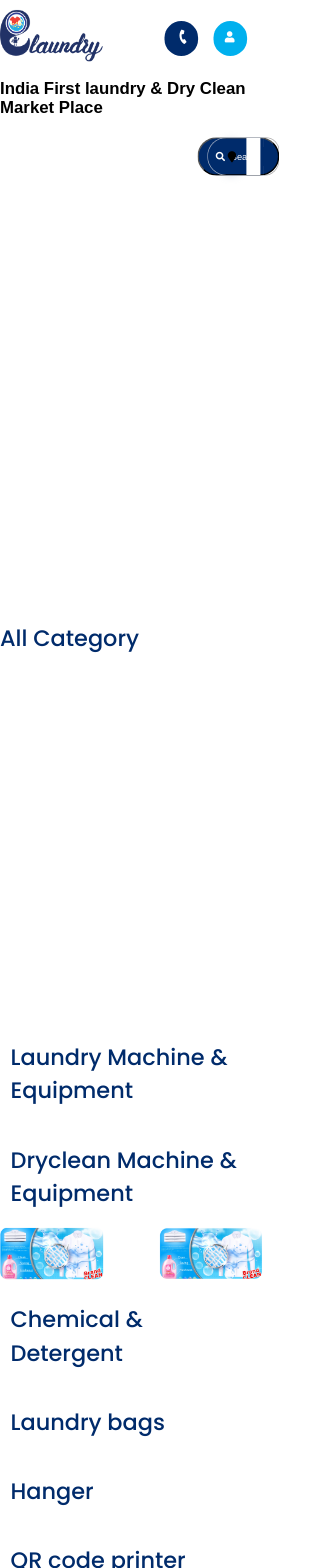
Repository: anamikatomar21/omramartnew
Page: /
An editor plug-in stored every save of this project. The page is shown before and after the next save, followed by the edit.
The browser window is 375 px wide. The page is 442 px wide, so the pictures cover 442 px, including what lies to the right of the window. The pictures show the part of the page from y = 0 to 2240 px (the page is 5661 px tall), at 70% of full size.
The page's requests for data from a server got no answer. The project was rebuilt for these pictures with package versions that can differ from the ones it lists, and the page was loaded fresh each time. Some packages were replaced by stand-ins written for this rebuild. The framework's server and built-in components were replaced by stand-ins that run in the browser. No one was signed in, and anything a server would have sent is missing. Also part of the build but not shown: next.config.js, styles/Merchant/smallbanner.module.scss, styles/Merchant/layout.module.scss.

Above is the page before, as saved 2022-07-21 17:25:07.

### pages/_app.tsx
import "../styles/globals.scss";

import { useEffect } from "react";

import type { AppProps } from "next/app";
import { QueryClient, QueryClientProvider } from "react-query";
import { ReactQueryDevtools } from "react-query/devtools";
import { Provider } from "react-redux";
import { PersistGate } from "redux-persist/integration/react";

import axios from "../networkAPI/axios";
import { persistor, store } from "../redux/store";

function MyApp({ Component, pageProps }: AppProps) {
  const queryClient = new QueryClient({
    defaultOptions: {
      queries: {
        staleTime: Infinity,
        refetchOnReconnect: true,
      },
    },
  });

  useEffect(() => {


    axios.interceptors.request.use((config: any) => {
      const token=localStorage.getItem("token")
      console.log("Token",token)
      config.headers.Authorization = `Bearer ${token}`;
      return config;
    });
  }, []);

  // console.log({store:store.getState()});

  return (
    <Provider store={store}>
      <PersistGate persistor={persistor}>
        <QueryClientProvider client={queryClient}>
          <Component {...pageProps} />

          <ReactQueryDevtools initialIsOpen={false} />
        </QueryClientProvider>
      </PersistGate>
    </Provider>
  );
}

export default MyApp;

// export default MyApp

// function MyApp({ Component, pageProps }: AppProps) {
//   return (
//     <DashboardLayout>
//       <Component {...pageProps} />
//     </DashboardLayout>
//   );
// }

// export default MyApp;

### networkAPI/axios.ts
import axios from 'axios';

import { store } from '../redux/store';

const axiosInstance = axios.create({
  baseURL: "/",
  headers: {
    "Content-type": "application/json",
    "Accept": "application/json",

  },
  withCredentials:true
//  withCredentials:true
});

axiosInstance.interceptors.request.use(
  (config:any) => {
    const state = store.getState();
    const token = state?.user?.token;
    config.headers.Authorization = `Bearer ${token}`;
    return config;
  }
, (error:any) => {
  return Promise.reject(error);
}
);


export default axiosInstance;

### redux/store.ts
import {
  FLUSH,
  PAUSE,
  PERSIST,
  persistReducer,
  persistStore,
  PURGE,
  REGISTER,
  REHYDRATE,
} from 'redux-persist';
import storage from 'redux-persist/lib/storage';

import {
  combineReducers,
  configureStore,
} from '@reduxjs/toolkit';

import { authReducer } from './reducers/auth';

//persist redux store
const persistConfig = {
  key: "root",
  storage: storage,
  rehydrate: true,
};

const rootReducer = combineReducers({
  user: persistReducer(persistConfig, authReducer),
});

// creating store
export const store = configureStore({
  reducer: rootReducer,
  devTools: process.env.NODE_ENV !== "production",
  middleware: (getDefaultMiddleware) =>
    getDefaultMiddleware({
      serializableCheck: {
        ignoredActions: [FLUSH, REHYDRATE, PAUSE, PERSIST, PURGE, REGISTER],
      },
    }),
});

export const persistor = persistStore(store);

export type RootState = ReturnType<typeof store.getState>;
export type AppDispatch = typeof store.dispatch;

### components/Category/index.tsx
import React from "react";

import { useGetHomeCategory, usePublicProduct } from "../../networkAPI/queries";
import styles from "../../styles/Merchant/view.module.scss";

function Category() {
  const { data, status } = usePublicProduct();
  const data2 = useGetHomeCategory();
  const category_data = data2.data;
  console.log(data2.data);
  console.log(data);
  return (

    <div className="containerr3">
      <h1 className={styles.heading_section}>All Category</h1>
      <div>
        <div key={"index"} style={{ display: "flex" }}>
          <div className={styles.Flex_Section}>
            {category_data?.data.map((item3: any, index: any) => {
              console.log(item3);

              return (
                <div key={index}>
                  <div
                    className={styles.img_box}
                    style={{
                      backgroundImage: `url(${item3.category_image[0]})`,
                    }}
                  >
                    {item3.category_name}
                  </div>
                </div>
              );
            })}
          </div>
        </div>
      </div>
    </div>
  );
}

export default Category;

### components/CompanyDescription/index.tsx
import { useEffect, useState } from "react";

import type { NextPage } from "next";
import Head from "next/head";
import Router, { useRouter } from "next/router";
import toast, { Toaster } from "react-hot-toast";
import Image from "next/image";


import styles from "../../styles/Merchant/companydescription.module.scss";

const CompanyDescription: NextPage = () => {
  return (


    <div className={styles.Flex_Section}>
    <div>
      <h3>  Lorem ipsum dolor sit amet consectetur </h3>
      <p>
        Lorem ipsum dolor sit amet consectetur adipisicing elit. Veritatis
        praesentium dolores, accusamus laborum error perspiciatis iure
        pariatur expedita sequi odit minus architecto ducimus quod voluptate
        dignissimos optio quia dolorem numquam!Lorem Lorem ipsum dolor sit
        amet consectetur adipisicing elit.
      </p>

    </div>
    <div>
    <h3>  Lorem ipsum dolor sit amet consectetur </h3>
      <p>
        Lorem ipsum dolor sit amet consectetur adipisicing elit. Veritatis
        praesentium dolores, accusamus laborum error perspiciatis iure
        pariatur expedita sequi odit minus architecto ducimus quod voluptate
        dignissimos optio quia dolorem numquam!Lorem Lorem ipsum dolor sit
        amet consectetur adipisicing elit.
      </p>


    </div>
  </div>
  );
};

export default CompanyDescription;

### components/SliderBox/index.tsx
import {

    useEffect,

    useState,

} from 'react';
import styles from '../../styles/Merchant/sliderbox.module.scss';
import Image from 'next/image';

import type { NextPage } from 'next';

import { useRouter } from 'next/router';


import Link from 'next/link';







import React, { Component } from 'react';



const SliderBox: NextPage = () => {


    return (
<div className={styles.Flex_Section}>
<div>
    <Image
    src="/omratrade/sliderbanner.png"
    width={700} height={350} alt="facemask"
    className="facemask"
  />
  </div>
  <div>
  <Image
  src="/omratrade/sliderbanner2.png"
  width={700} height={350} alt="facemask"
  className="facemask"
/>
</div>
</div>
    )

};



export default SliderBox;

### components/SmallBanner/index.tsx
import type { NextPage } from 'next';
import Image from 'next/image';

import { useGetBanner } from '../../networkAPI/queries';
import styles from '../../styles/Merchant/smallbanner.module.scss';

const SmallBanner: NextPage = () => {
  const bannerData = useGetBanner().data?.data;
  console.log(bannerData);
  return (
    <div>
    {bannerData?.map((item:any,index:any) => {
      return(
    <div className={styles.Flex_Section} key={index}>
      <div>
        <Image
          src={item.banner_image1[0]}
          width={450}
          height={200}
          alt="sliderbanner"
          className="facemask"
        />
      </div>
      <div>
        <Image
          src={item.banner_image2[0]}
          width={450}
          height={200}
          alt="sliderbanner"
          className="facemask"
        />
      </div>
      <div>
        <Image
          src={item.banner_image3[0]}
          width={450}
          height={200}
          alt="sliderbanner"
          className="facemask"
        />
      </div>
      </div>
      )
    })}
    </div>
    /* <div className={styles.Flex_Section}>
<div className={styles.smallbanner1}>Chemical & Detergent</div>
<div className={styles.smallbanner2}>Chemical & Detergent</div>
<div className={styles.smallbanner3}>Chemical & Detergent</div>
</div> */
  );
};

export default SmallBanner;

### components/User/Layout.tsx
// import React from 'react';

// import styles from '../../styles/Merchant/layout.module.scss';
// import Header from './Header';

// // }
// type DashboardLayoutProps = {
//   children: React.ReactNode,
// };

// export default function UserLayout({ children }: DashboardLayoutProps) {
//   return (
//    <div className={styles.mmainlayout}>
//       <Header />
//       <div className={styles.mainlayout}>

//       {/* <MerchantSidebar /> */}
//         <main>{children}</main>
//       </div>

//       {/* <Footer /> */}
//       </div>

//   );
// }

import React from 'react';

import styles from '../../styles/Merchant/layout.module.scss';
import Header from './Header';

// }
type DashboardLayoutProps = {
  children: React.ReactNode,
};

export default function UserLayout({ children }: DashboardLayoutProps) {
  return (
   <div className={styles.mmainlayout}>
      <Header />
      <div className={styles.mainlayout}>

      {/* <MerchantSidebar /> */}
        <main>{children}</main>
      </div>

      {/* <Footer /> */}
      </div>

  );
}

### styles/Merchant/productcard.module.scss



.container {
    display: flex;
    margin-top:40px;
    margin-top: 52px;
    height: 415px;
    margin-bottom: 36px;
}


  /* PRODUCT CARD */

  .productcard {
    background-color: #f5f6fa;
    border-radius: 10px;
    color: #2f3640;
    margin: 0 2em;
    transition: all linear .2s;
    width: 250px;
    display: flex;
    flex-direction: column;
    justify-content: space-between;
  }

  .productcard:hover,
  .productcard:active {
    box-shadow: .2em .5em .5em rgba(0, 0, 0, 0.4);
    transform: scale(1.1);
  }

  .productimg {
    border-radius: 10px 10px 0px 0px;
    height: 150px;
    max-width: 100%;
  }

  .imgone {
    background-image: url(https://thumbs.dreamstime.com/b/concept-agile-software-development-concept-agile-software-development-107923572.jpg);
    border-radius: 10px 10px 0px 0px;}

  .imgtwo {
    background-image: url(https://www.dahu.bio/images/photos/agriculture/organic-product.jpg);
    border-radius: 10px 10px 0px 0px; }

  .imgthree {
    background-image: url(https://youngwonks.s3.amazonaws.com/Blogs/cabinet);
    border-radius: 10px 10px 0px 0px;}

  .imgone,
  .imgtwo,
  .imgthree {
    background-size: cover;
    background-position: center;
  }

  .producttext {
    padding: 1em;
    text-align: center;
  }

  .productcart button{
    border: 0;
    border-radius: 0 0 10px 10px;
    color: #f5f6fa;
    cursor: pointer;
    font-family: inherit;
    padding: 1em;
    text-transform: uppercase;
    transition: all linear .3s;
    width: 100%;
  }

  .productcart button:hover {
    font-weight: 500;
    letter-spacing: .1em;
  }

  /* color */
  .productcard h3 {
    color: #002b6b;
  }

  .productcard  button {
    background-color: #002b6b;
  }

  .productdiv{
    // margin-bottom: 70px;

  // background: #F5F5F5;
  padding-bottom: 40px;
  // margin-top:80px;
  padding:4px 15px;
}

  /* media queries */
  @media screen and (max-width: 860px) {
    .container {
      display: grid;
      grid-column-templates: 1fr;
      grid-auto-rows: auto;
    }

    .productcard {
      margin: 1.5em;
    }
  }

  .container_width {
    max-width: 1550px;
    margin: 0px auto;
  }

### redux/reducers/auth.ts
import {
  LOGIN_STATE_FAILURE,
  LOGIN_STATE_REQUEST,
  LOGIN_STATE_SUCCESS,
  LOGOUT_SUCCESS,
  SET_SIGNUP_FAILURE,
  SET_SIGNUP_REQUEST,
  SET_SIGNUP_SUCCESS,
} from '../constants/auth';

interface ILoginState {
    loading: boolean;
    error: string | null;
    user: any | {};
    token: string | null;
    isAuthenticated: boolean;
}

const initialState = <ILoginState>{
    loading: false,
    error: null,
    user: {},
    token: null,
    isAuthenticated: false,
  };

  export const authReducer = (state = initialState, action:any) => {
    switch (action.type) {
        case LOGIN_STATE_REQUEST:
            return {
                ...state,
                loading: true,
                error: null,
                isAuthenticated: false,
            };
        case LOGIN_STATE_SUCCESS:
            return {
                ...state,
                loading: false,
                user: action.payload.user.user,
                token: action.payload.token,
                isAuthenticated: true,
            };
        case LOGIN_STATE_FAILURE:
            return {
                ...state,
                loading: false,
                error: action.payload,
            };
        case LOGOUT_SUCCESS:
            return {
                ...state,
                user: {},
                token: null,
                isAuthenticated: false,
            };
        case SET_SIGNUP_REQUEST:
            return {
                ...state,
                loading: true,
                error: null,
                isAuthenticated: false,
            };
        case SET_SIGNUP_SUCCESS:
            return {
                ...state,
                loading: false,
                user: action.payload.user,
                token: action.payload.token,
                isAuthenticated: true,
            };
        case SET_SIGNUP_FAILURE:
            return {
                ...state,
                loading: false,
                error: action.payload,
            };



        default:
            return state;

    }
  };

### styles/Merchant/companydescription.module.scss
.Flex_Section{

    display: flex;
    background-color: #F8F8F8;
    gap: 123px;
    padding: 12px 40px;
    margin-bottom: 30px;
}

### styles/Merchant/newfooter.module.scss
.Flex_container{

    display: flex;
    justify-content: space-evenly;
    background-color: #f5f6fa;
}

.footerBox{
    background-color: #002b6b;
    color: white;
    width: 100%;
}

.footerBoxSection{

    // width: 80% !important;
    padding: 28px 46px 18px 59px;
}

.finalfooter h3 {
    text-align: center;
    font-size: 16px;
    color: white;
}
.finalfooter {
    border-top: 1px solid #ebebeb;
    border-color: #313547;
}

.footer2 h2 {
    color: white !important;
    font-size: 1.38em !important;
}
.footer2 ul li a {
    color:white;
    font-size: 15px !important;
    font-weight: 500;
}
.footer2 ul li::marker {
    color: #fe7259;
}
.footer2 {
    margin: -25px 40px;
}
.footer2 ul li a:hover {
    color: #fe7259;
}

.footer1 p {
    color: white;
    font-weight: 500;
}
.footer .row {
    display: flex;
}
.footer1 ul {
    display: flex;
    text-align: center;
    justify-content: space-around;
    list-style: none;
    margin-left: -60px;
}
.footer1 ul li a img {
    width: 35px;
    height: 35px;
}

.backgroundbox{background-color: #F8F8F8;}


.emailbuttonfooter{
    background: #002b6b;
    height: 47px;
    width: 179px;
    color: white;
    font-size: 20px;
}

.inputfooter{

    width: 285px;
    height: 47px;
    margin-left: 737px;
    /* display: flex; */

}

.flex_boxfooter{display: flex;}

.par{
    columns: black !important;
}

.bottom_box{

    margin-bottom: 10px;
}

.footertop {
    background: #f8f8f8;


ul.footertoplist {
    display: flex;
    margin: 0;
    padding: 0;
    justify-content: space-between;
}



.formsect input {
    margin-left: 0 !important;
    padding: 0;
}

.formsect {
    display: flex;
    flex-wrap: wrap;
    max-width: 466px;
}

.formsect p.text {
    font-size: 14px;
    color: #000000;
    line-height: 16px;
}

.formsect .subm {
    font-size: 12px;
    line-height: 30px;
    color: #000000;
    font-weight: 600;
}
}

### styles/Merchant/updatedproductcard.module.scss
.cardproduct:hover,
.cardproduct:active {
  box-shadow: 0.2em 0.5em 0.5em rgba(0, 0, 0, 0.4);
  transform: scale(1.1);
}

.cardproduct {
  background: #fff;
  display: flex;
  flex-wrap: wrap;
  border-radius: 10px;
  overflow: hidden;
  margin: 0px 15px;
  max-width: 220px;
  width: 250px;
  .productimg {
    width: 100%;
    text-align: center;
    height: 230px;
    .productimagesrc {
      max-height: 200px;
      max-width: 200px;
      height: 200px;
      margin: 0 auto;
    }
  }

  .productcontent {
    width: 100%;
    text-align: center;
    h4 {
      line-height: 1em;
      text-transform: capitalize;
      font-size: 18px;
      color: #002b6b;
      margin: 0;
      overflow: hidden;
      text-overflow: ellipsis;
      display: -webkit-box;
      -webkit-line-clamp: 1; /* number of lines to show */
      line-clamp: 1;
      -webkit-box-orient: vertical;
      margin: 10px 2px !important;
    }
    p {
      margin: 0px 0px 10px 0px;
      overflow: hidden;
      text-overflow: ellipsis;
      display: -webkit-box;
      -webkit-line-clamp: 1;
      line-clamp: 1;
      -webkit-box-orient: vertical;
    }
  }
  .productcartbtn {
    width: 100%;
  }
  button {
    width: 100%;
    border: none;
    background-color: #002b6b;
    font-weight: 400;
    border: 0;

    cursor: pointer;
    font-family: inherit;
    padding: 1em;
    transition: all 0.3s linear;
    width: 100%;
    font-size: 16px;
    color: #fff;
  }
}

.heading_section3 {
  color: #002b6b !important;
  font-weight: 500;
}

### styles/Merchant/sliderbox.module.scss
.sliderBox{
    background-image: url(/omratrade/sliderbanner.png);
    border-radius: 10px 10px 10px 10px;
    height: 233px;
    width: 420px;
    background-repeat: no-repeat;
    margin-bottom: 20px;

}

.Flex_Section{

    display: flex;
    justify-content: space-evenly;
    gap: 79px;
}

### redux/constants/auth.ts
export const LOGIN_STATE_REQUEST = 'LOGIN_STATE_REQUEST';
export const LOGIN_STATE_SUCCESS = 'LOGIN_STATE_SUCCESS';
export const LOGIN_STATE_FAILURE = 'SET_LOGIN_FAILURE';

export const LOGOUT_SUCCESS = 'LOGOUT_SUCCESS';

export const SET_SIGNUP_REQUEST = 'SET_SIGNUP_REQUEST';
export const SET_SIGNUP_SUCCESS = 'SET_SIGNUP_SUCCESS';
export const SET_SIGNUP_FAILURE = 'SET_SIGNUP_FAILURE';

### styles/Merchant/Header.module.scss


.navbarheader {
  position: relative;
  display: flex;
  justify-content: space-evenly;
  padding: 15px 30px;
  align-items: center;
  background: #002b6b;
  position: sticky;
  color: white;
  width: 100%;
  z-index: 99999;

  .brandlogo {
    position: relative;

    .logo {
      position: relative;
    }
  }
}

.navbarright {
  position: relative;

  .rightnav {
    position: relative;

    .navlinks {
      position: relative;
      display: flex;
      flex-wrap: nowrap;
      gap: 30px;
      list-style: none;

      li {
        position: relative;

        a {
          position: relative;
        }
      }
    }
  }
}

.searchbox {
  position: relative;
}

.button_box {
  background-color: #00b0ee;
  color: white;
  padding: 10px 52px;
  border-radius: 29px;
  font-weight: 500;
  font-size: 16px;
  line-height: 28px;
  font-family: "Poppins";
  /* margin-right: 97px; */
  width: 186px;
  border: none;
  height: 50px;
  margin: auto;
}

.button_box1 {
  background-color: #002b6b;
  color: white;
  padding: 10px 22px;
  border-radius: 49px;
  font-weight: 500;
  font-size: 16px;
  line-height: 30px;
  font-family: "Poppins";
  /* margin-right: 97px; */
  width: 186px;
  border: none;
  /* height: 52px; */
  margin: auto;
  display: flex;
  gap: 11px;
}

.flex_box {
  display: flex;
  justify-content: center;
  gap: 838px;
  margin-top: 14px;
}
.flex_box1 {
  display: flex;
  justify-content: space-around;
  gap: 22px;
}

.heading_section {
  display: flex;
  justify-content: center;
  font-weight: 600;
  font-family: Roboto-Light, sans-serif;
}

.searchinnerbox {
  display: flex;
  justify-content: center;
}

.input_section {
  width: 600px;
  height: 64px;
  border-radius: 0px 2px 6px 2px;
}

.cityinput {
  width: 129px;
  height: 64px;
  border-radius: 38px 0px 3px 38px;
}

.input_section1 {
  height: 65px !important;
  width: 160px;
  border-radius: 82px 82px 82px 82px !important;
  background-color: #002b6b !important;
  color: white !important;
  left: 1046px !important;
  position: absolute !important;
}

.phone_icon {
  transform: rotate(124deg);
  top: -3px;
  position: relative;
}

// ----------------------------------------------
.searchbar {
  display: flex;
  justify-content: center;
  margin: 28px auto;
  max-width: 811px;
  align-items: center;
  /* border: solid 1px #a6b1c4; */
  box-shadow: 2px 2px 9px 1px rgb(166 177 196 / 25%);
  border-radius: 30px;

  .citylist input[type="text"] {
    width: 100%;
    border: none;
    margin: 0px 0px 0px 25px;
    outline: none;
    flex: 1;
  }

  .citylist ul.city_list {
    margin: 0;
    padding: 0;
    position: absolute;
    // display: none;
  }

  .citylist {
    border: solid 1px #a6b1c4;
    border-radius: 32px 0 0 32px;
    margin-left: -1px;
    height: 55px;
    display: flex;
    z-index: 1;
    position: relative;
    /* width: 190px; */
    padding: 0px 5px 0px 30px;
    border-right: 0px;
  }

  .citylist ul.city_list {
    display: block;
    position: absolute;
    top: 100%;
    right: 0px;
    background: inherit;
    width: 197px;
    margin-top: 1px;
    background-color: #002b6b;
    border-radius: 0 0 20px 20px;
    padding-bottom: 25px;
  }

  // Search Bar Style
  .searchbox input {
    padding: 0;
    height: 55px;
    text-indent: 1px;
    border: 1px solid #acabab;
  }

  button {
    height: 55px !important;
    width: 160px;
    border-radius: 82px 82px 82px 82px !important;
    background-color: #002b6b !important;
    color: white !important;
  }

  span.map_icon {
    position: absolute;
    top: 50%;
    left: 35px;
    transform: translate(-50%, -50%);
  }

  .searchbox {
    position: relative;
    flex: 1;
  }

  input {
    width: 100%;
    padding: 5px 10px !important;
    flex: 1;
    outline: none;
    // border: solid 1px #a6b1c4;
  }

  button {
    position: absolute;
    right: -30px;
    cursor: pointer;
  }

  .citylist ul.city_list li {
    padding: 10px 32px 10px 49px;
    position: relative;
    color: #fff;
    cursor: pointer;
  }
}

// Product Merchant Search List

.productSearchList {
  display: block;
  position: absolute;
  margin-top: 1px;
  background-color: #002b6b;
  border-radius: 0 0 20px 20px;
  padding-bottom: 25px;
  left: 0;
  width: 75%;
  z-index: 10;
  li {
    padding: 10px 32px 10px 0;
    position: relative;
    color: #fff;
    cursor: pointer;
  }
}

// Dropdown Style

.profile {
  transition: all 100ms ease;
}
.dropdown {
  position: absolute;
  top: 25px;
  background: rgb(0, 0, 0);
  display: flex;
  align-items: center;
  border-radius: 8px;
  padding: 4px;
  min-width: 156px;
  opacity: 0;
  transition: all 200ms ease;

  ul {
    flex: 1;
    display: flex;
    flex-direction: column;
    list-style: none;
    padding: 0;
    li {
      flex: 1;
      padding: 4px;
      border-radius: 6px;
      font-size: small;
      &:hover {
        background: #545454;
      }
    }
  }
}

.search_flexbox {
  display: flex;
  gap: 8px;
  align-content: stretch;
  justify-content: center;
  align-items: flex-end;
}

@media (max-width: 600px) {
  .button_box {
    background-color: #00b0ee;
    color: white;
    padding: 10px 16px;
    border-radius: 36px;
    font-weight: 500;
    font-size: 16px;
    line-height: 28px;
    font-family: "Poppins";
    width: 48px;
    border: none;
    height: 50px;
  }

  .phone_icon {
    transform: rotate(124deg);
    top: -3px;
    position: relative;
    left: 12px;
  }

  .button_box1 {
    background-color: #002b6b;
    color: white;
    padding: 10px 6px;
    border-radius: 49px;
    font-weight: 500;
    font-size: 16px;
    line-height: 30px;
    font-family: "Poppins";
    /* margin-right: 97px; */
    width: 48px;
    border: none;
    /* height: 52px; */
    margin: auto;
    display: flex;
    gap: 11px;
}


.flex_box1 {
  .phone_none {
    display: none;
  }
}
.heading_section{
  display: flex;
  justify-content: center;
  font-weight: 600;
  font-family: Roboto-Light, sans-serif;
  font-size: x-large;
}
.flex_box {
  display: flex;
  justify-content: space-around;
  gap: 48px;
  margin-top: 14px;
}


.searchbar .citylist{
  border: solid 1px #a6b1c4;
  border-radius: 32px 0 0 32px;
  margin-left: 38px;
  height: 55px;
  display: flex;
  z-index: 1;
  position: relative;
  width: 134px;
  padding: 0px 5px 0px 30px;
  border-right: 0px;
}
.searchbar .searchbox{

 input {
  padding: 0;
  height: 55px;
  text-indent: 1px;
  border: 1px solid #acabab;
  border-radius: 8px 90px 103px 0px;
}
}
.searchbar
{ button {
  position: absolute;
  right: 15px;
  cursor: pointer;
}}
.searchbar
{
  button {
  height: 55px !important;
  width: 117px;
  border-radius: 82px 82px 82px 82px !important;
  background-color: #002b6b !important;
  color: white !important;
}
}

.searchbar {
   button {
  position: absolute;
  right: 0px;
  cursor: pointer;
}

}
.searchbar {
  display: flex;
  justify-content: center;
  margin: 28px auto;
  max-width: 811px;
  align-items: center;
  /* border: solid 1px #a6b1c4; */
  /* box-shadow: 2px 3px 9px 1px rgb(166 177 196 / 25%); */
  border-radius: 30px;
  width: 30px;
  margin-right: 32px;
}


}

Loaded but not shown: styles/globals.scss (1442 lines, source omitted); networkAPI/api.ts (390 lines, source omitted); pages/index.tsx (325 lines, source omitted); networkAPI/queries.ts (336 lines, source omitted); components/User/Header.tsx (280 lines, source omitted); components/Footer/footer.tsx (210 lines, source omitted); styles/Merchant/view.module.scss (177 lines, source omitted); components/ProductCard/index.tsx (95 lines, source omitted)

After the next save:
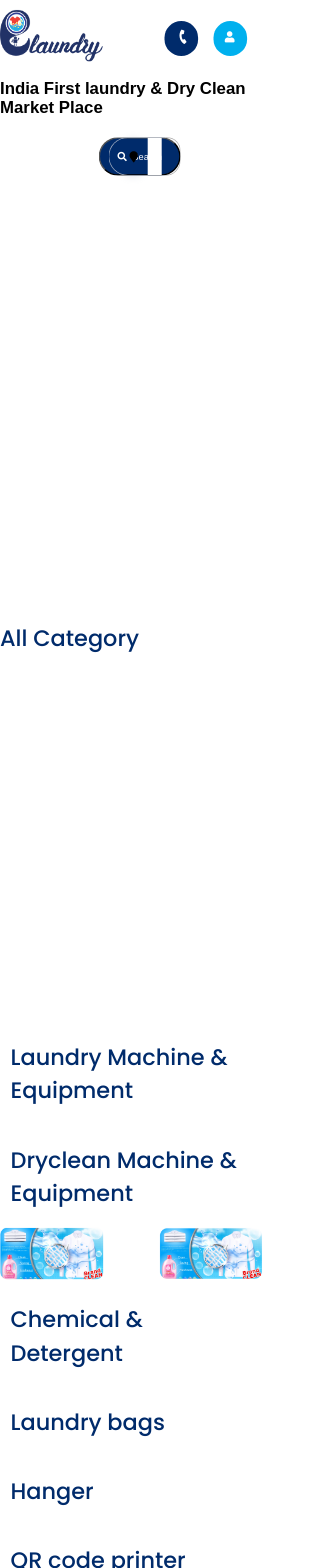
Saved 9 s later.
--- a/styles/Merchant/Header.module.scss
+++ b/styles/Merchant/Header.module.scss
@@ -418,8 +418,8 @@
   /* box-shadow: 2px 3px 9px 1px rgb(166 177 196 / 25%); */
   border-radius: 30px;
   width: 30px;
-  margin-right: 32px;
-}
-
-
-}
+
+}
+
+
+}
